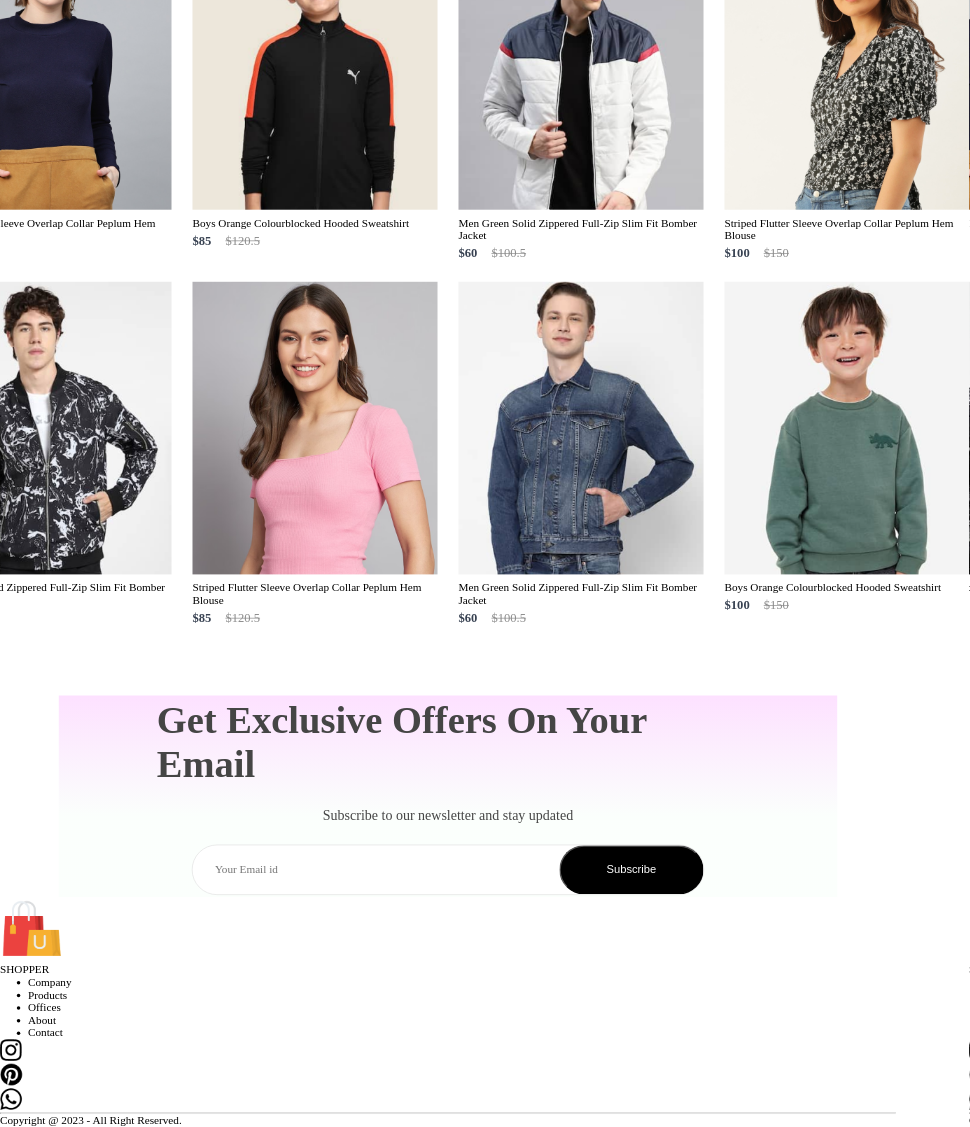
Repository: Nandhini653/SHOPPER-ECOM
Page: /
The author's editor kept a copy of each file at every save. The page is drawn from the files as they stood at one save, then again after a run of saves.
The browser window is 1280 px wide. The page is 1385 px wide, so the pictures cover 1385 px, including what lies to the right of the window. The pictures show the part of the page from y = 2301 to 4061 px (the page is 3911 px tall before and 4061 px after), at 70% of full size.
The project was rebuilt for these pictures with package versions that can differ from the ones it lists, and the page was loaded fresh each time. Also part of the build but not shown: src/App.css, src/Pages/ShopCategory.jsx, src/Pages/Cart.jsx, src/Pages/LoginSignup.jsx, src/Pages/Product.jsx.

Above is the page before, as saved 2024-06-22 18:30:08.

After the next 8 saves:
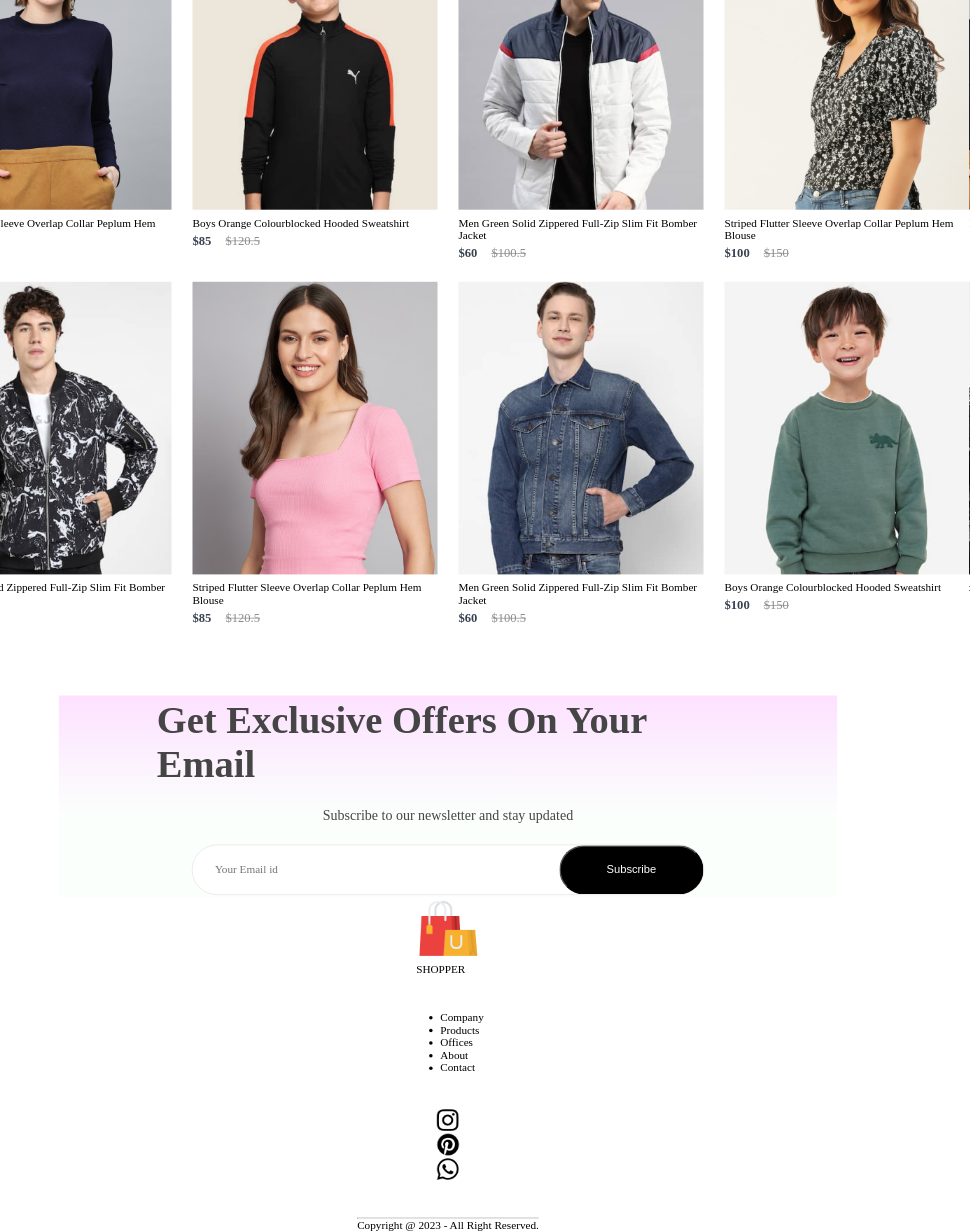
The 8 saves are shown as one change because they came seconds apart.
The last was saved 20 s later.
--- a/src/Components/Footer/Footer.css
+++ b/src/Components/Footer/Footer.css
@@ -1,5 +1,7 @@
 .footer {
     display: flex;
     flex-direction: column;
-
+    justify-content: center;
+    align-items: center;
+    gap: 50px;
 }
